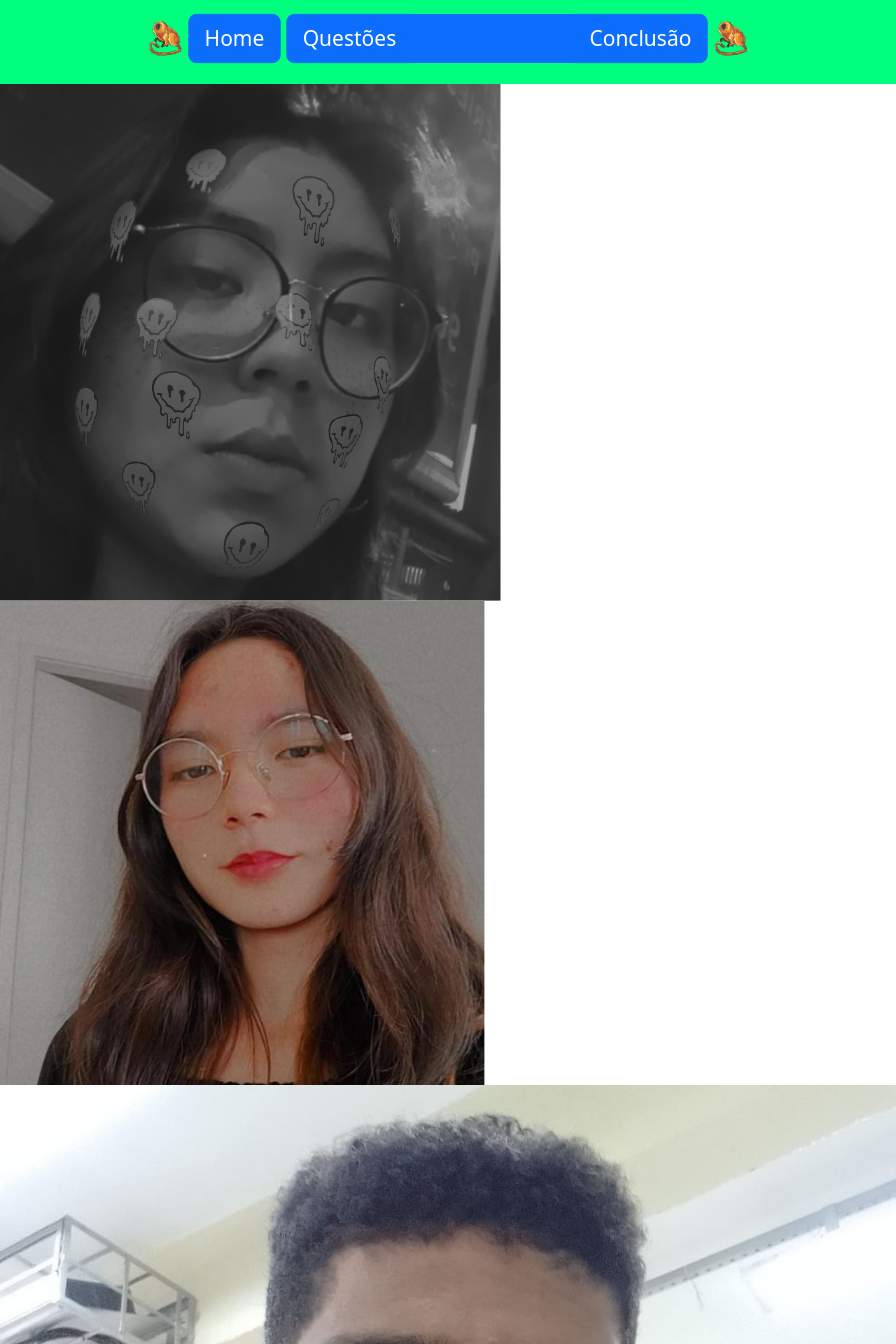
Repository: OlavoSchiavi/Site-de-biologia
Page: participantes.html
An editor plug-in stored every save of this project. The page is shown before and after the next save, followed by the edit.
The browser window is 1280 px wide. The pictures show the part of the page from y = 0 to 1920 px (the page is 2860 px tall before and 720 px after), at 70% of full size.

Above is the page before, as saved 2023-04-18 22:53:34.
Not found: JS/script.js

### participantes.html
<!DOCTYPE html>
<html lang="pt-br">
<head>
    <meta charset="UTF-8">
    <meta http-equiv="X-UA-Compatible" content="IE=edge">
    <meta name="viewport" content="width=device-width, initial-scale=1.0">
    <title>Site de biologia - Paticipantes</title>
    <link rel="stylesheet" href="CSS/style.css">
    <link href="https://cdn.jsdelivr.net/npm/bootstrap@5.3.0-alpha3/dist/css/bootstrap.min.css" rel="stylesheet" integrity="sha384-KK94CHFLLe+nY2dmCWGMq91rCGa5gtU4mk92HdvYe+M/SXH301p5ILy+dN9+nJOZ" crossorigin="anonymous">
    <link rel="icon" href="imagens/monkey.png" type="image/png">
    <link rel="stylesheet" href="JS/script.js">
    <link rel="icon" type="image/png" href="imagens/arara.png">
</head>
<body>
    <header>
        <nav class="mapa">
            <img id="logo" src="imagens/monkey.png" alt="Logo">
            <button type="button" class="btn btn-primary">
                <a href="index.html" class="button">Home</a>
            </button>
            <div class="btn-group" role="group" aria-label="Basic example">
                <button type="button" class="btn btn-primary">
                    <a href="quest.html" class="button">Questões</a>
                </button>
                <button type="button" class="btn btn-primary">
                    <a href="participantes.html">Participantes</a>
                </button>
                <button type="button" class="btn btn-primary">Conclusão</button>
              </div>
              <img id="logo" src="imagens/monkey.png" alt="Logo">
        </nav>
    </header>
    <main>
        <div class="perfil">
            <img src="imagens/sayuri.jpeg" alt="">
            <img src="imagens/Rafinha.jpeg" alt="">
            <img src="imagens/Welton.jpeg" alt="">
        </div>
    </main>
    <footer style="font-size: 20px; font-style: italic;">
        Grupo avodado: Rafaela Mayumi, Stefany Sayuri, Olavo, Miguel Teodoro, Wellington
    </footer>
</body>
</html>

### CSS/style.css
header{
    padding: 20px;
    height: 120px;
    background-color:springgreen;
}
.arara{
    width: 20%;
    float: right;
}
#logo{
    width: 50px;
}

body,main,footer,html{
    font-family: Arial, Helvetica, sans-serif;
    font-size: 30px;
}
.button{
    color:white;
    text-decoration: none;
}
.mapa{
    text-align: center;
}
h1,h4{
    text-align: center;
}
h6{
    font-style:oblique;
}
.checkbox {
    display: none;
}
.btn-toggle {
    margin-bottom: 0;
    cursor: pointer;
    border-radius: 3px;
}
.btn-toggle-primary {
    color: #fff;
    background-color: #4caf50;
    border-color: #4caf50;
}
.btn-toggle-primary:hover {
    color: #fff;
    background-color: #4caf50;
    border-color: #4caf50;
}
.btn-toggle-primary:focus {
    color: #fff;
    background-color: #4caf50;
    border-color: #4caf50;
    box-shadow: none;
}
.btn-toggle-primary.active {
    color: #fff;
    background-color: #2196f3;
    border-color: #2196f3;

}
.btn-toggle-primary.active:hover {
    color: #fff;
    background-color: #2196f3;
    border-color: #2196f3;
}
.checkbox:checked ~ .texto {
    display: block;
}
.texto {
    display: none;
    margin-top: 10px;
    padding: 10px;
    background-color: #f2f2f2;
}
.perfil {
    width: 20px;
}

After the next save:
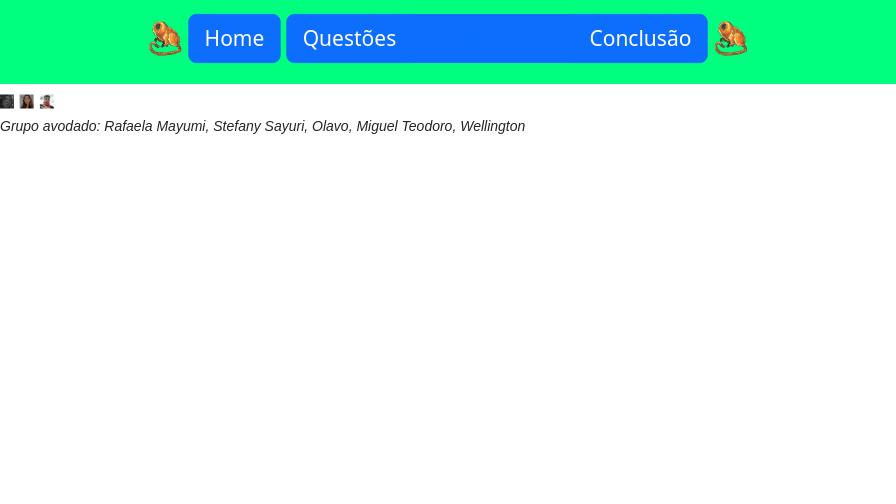
Saved 98 s later.
--- a/participantes.html
+++ b/participantes.html
@@ -31,10 +31,10 @@
         </nav>
     </header>
     <main>
-        <div class="perfil">
-            <img src="imagens/sayuri.jpeg" alt="">
-            <img src="imagens/Rafinha.jpeg" alt="">
-            <img src="imagens/Welton.jpeg" alt="">
+        <div>
+            <img src="imagens/sayuri.jpeg" alt="" class="perfil">
+            <img src="imagens/Rafinha.jpeg" alt="" class="perfil">
+            <img src="imagens/Welton.jpeg" alt="" class="perfil">
         </div>
     </main>
     <footer style="font-size: 20px; font-style: italic;">
